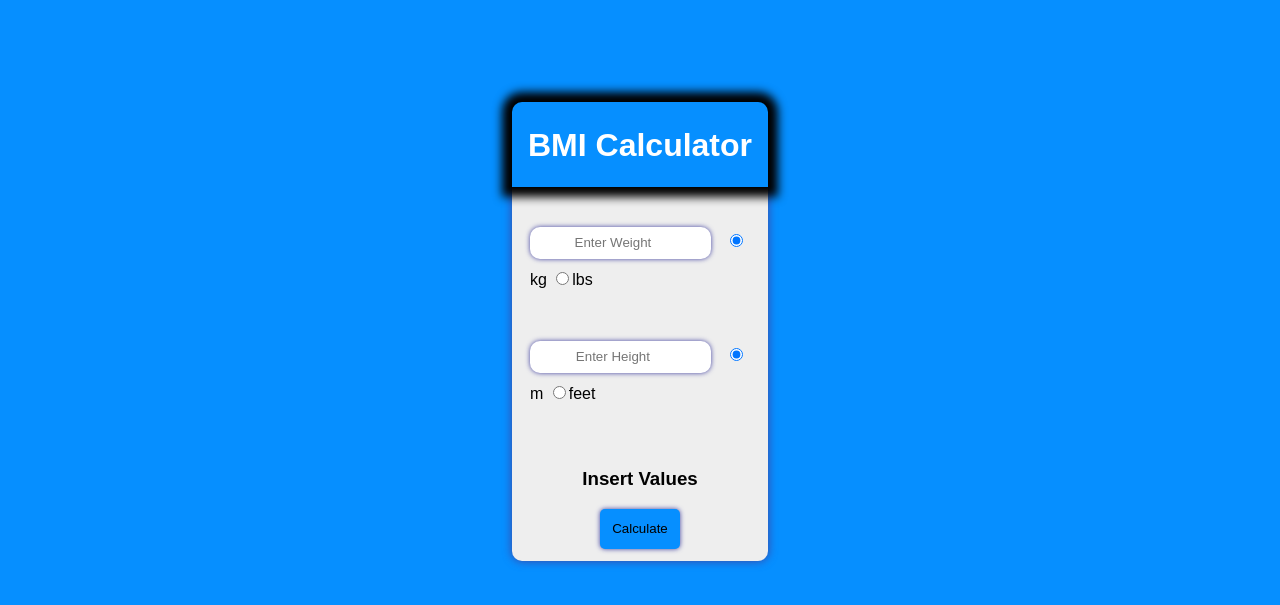
Repository: shayanabedi98/bmi-calculator
Page: index.html
An editor plug-in stored every save of this project. The page is shown before and after the next save, followed by the edit.
The browser window is 1280 px wide. The pictures show the whole page.

Above is the page before, as saved 2023-07-24 14:32:06.

### index.html
<!DOCTYPE html>
<html lang="en">
<head>
    <meta charset="UTF-8">
    <meta name="viewport" content="width=device-width, initial-scale=1.0">
    <title>BMI Calculator</title>
    <link rel="stylesheet" href="styles.css">
</head>
<body>
    <div class="card">
        <div class="bmi-calculator">
            <h1>BMI Calculator</h1>
            <div class="weight">
                <input type="number" placeholder="Enter Weight">
                <input type="radio" name="weight" checked><span>kg</span>
                <input type="radio" name="weight"><span>lbs</span>
            </div>
            <div class="height">
                <input type="number" placeholder="Enter Height">
                <input type="radio" name="height" checked><span>m</span>
                <input type="radio" name="height"><span>feet</span>
            </div>
            <div class="result">
                <h3>Insert Values</h3>
                <button class="calculate">Calculate</button>
            </div>
        </div>
    </div>
    <div class="card">
        <div class="bmi-chart">

        </div>
    </div>
</body>
</html>

### styles.css
body {
    background-color: #068FFF;
    font-family: sans-serif;
    text-align: center;
    padding: 0;
    margin: 0;
}

h1 {
    margin-top: 0;
    background-color: #068FFF;
    color: #ffffff;
    border-radius: 10px 10px 0 0;
    height: 60px;
    padding-top: 25px;
    box-shadow: 0 0 10px 10px black;
}

.card {
    background-color: #EEEEEE;
    width: 20%;
    margin-left: 40%;
    border-radius: 10px;
    margin-top: 8%;
    box-shadow: 0 0 10px 0 #4141a0;
}

.weight {
    display: block;
    text-align: start;
    padding: 7%;
}

.height {
    display: block;
    text-align: start;
    padding: 7%;
}

input[type='number'] {
    display: inline-block;
    text-align: center;
    margin-bottom: 10px;
    margin-right: 10px;
    height: 30px;
    border-radius: 10px;
    border: none;
    box-shadow: 0 0 5px 0 #4141a0;
}

input[type='radio'] {
    margin-bottom: 20px;
}

.result {
    padding: 5%;
}

.result button {
    background-color: #068FFF;
    height: 40px;
    width: 80px;
    border-radius: 5px;
    border: none;
    box-shadow: 0 0 5px 0 #4141a0;
}

After the next save:
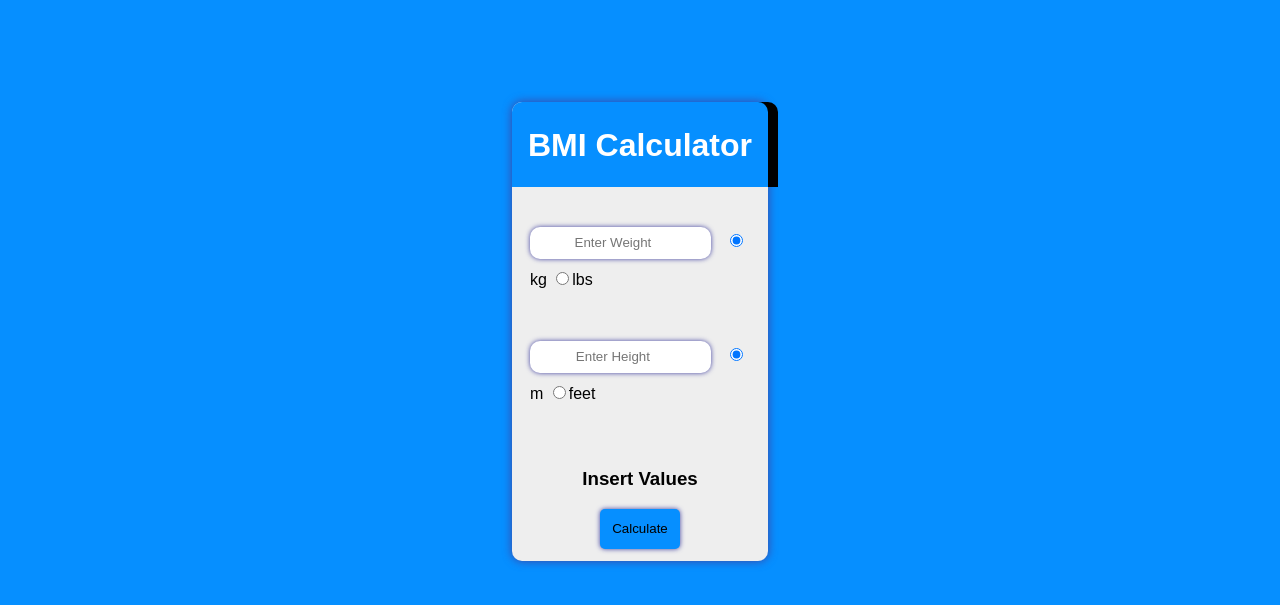
Saved 8 s later.
--- a/styles.css
+++ b/styles.css
@@ -13,7 +13,7 @@ h1 {
     border-radius: 10px 10px 0 0;
     height: 60px;
     padding-top: 25px;
-    box-shadow: 0 0 10px 10px black;
+    box-shadow: 10px 0 0 0 black;
 }
 
 .card {
